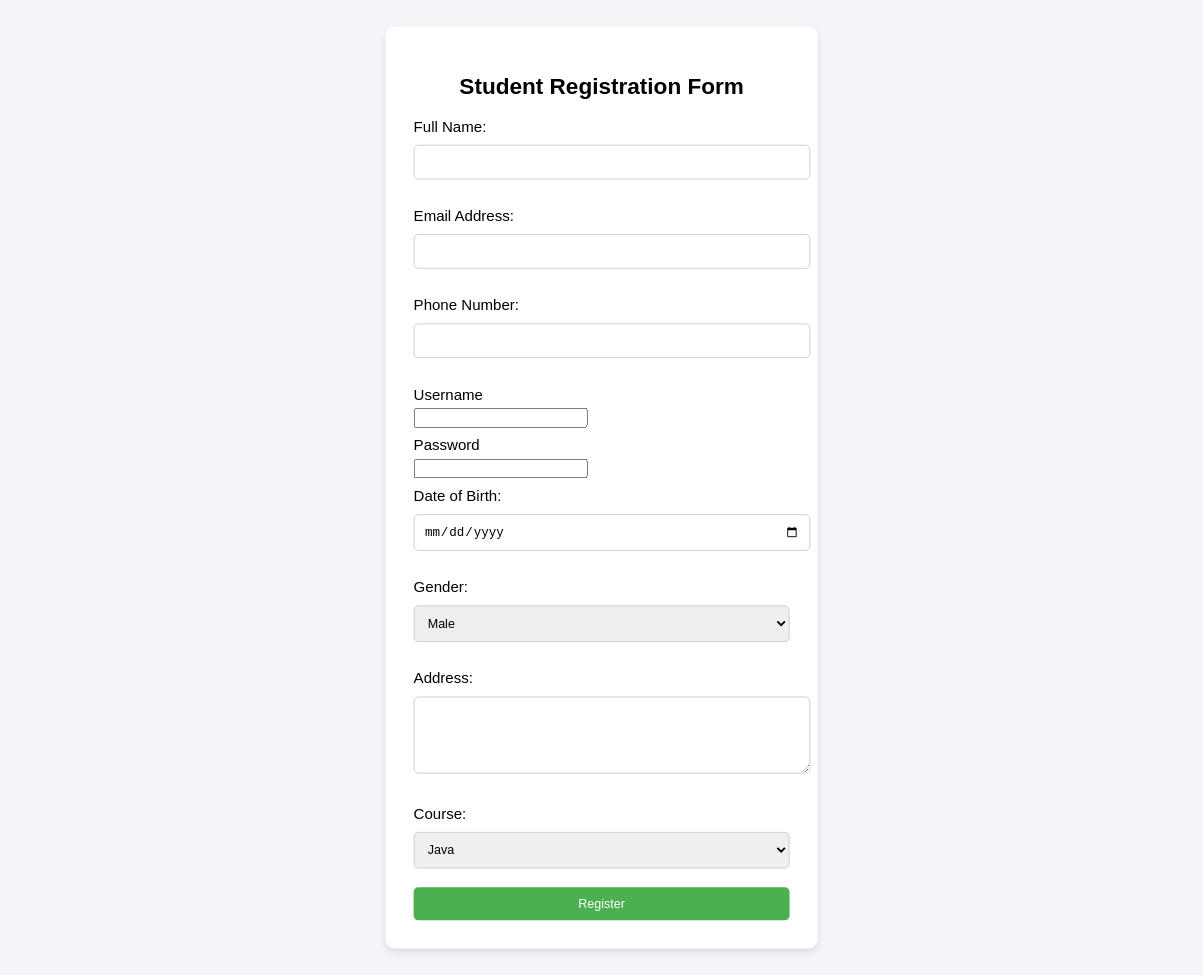
Repository: snehal-shinde151/my_repo
Page: classpro/src/main/webapp/Registration.html
The author's editor kept a copy of each file at every save. The page is drawn from the files as they stood at one save, then again after the next save.
The browser window is 1280 px wide. The pictures show the whole page, at 94% of full size.

Above is the page before, as saved 2025-03-04 11:06:22.

### classpro/src/main/webapp/Registration.html
<!DOCTYPE html>
<html>
<head>
<meta charset="UTF-8">
<title>Insert title here</title>
</head>

<head>

    <meta name="viewport" content="width=device-width, initial-scale=1.0">
    <title>Student Registration Form</title>
    <style>
        body {
            font-family: Arial, sans-serif;
            background-color: #f4f4f9;
            padding: 20px;
        }
        .form-container {
            background-color: white;
            padding: 30px;
            border-radius: 10px;
            box-shadow: 0 4px 8px rgba(0, 0, 0, 0.1);
            width: 400px;
            margin: 0 auto;
        }
        h2 {
            text-align: center;
        }
        label {
            display: block;
            margin: 10px 0 5px;
        }
        input[type="text"],
        input[type="email"],
        input[type="number"],
        input[type="date"],
        select,
        textarea {
            width: 100%;
            padding: 10px;
            margin: 5px 0 20px;
            border: 1px solid #ccc;
            border-radius: 5px;
        }
        .submit-btn {
            background-color: #4CAF50;
            color: white;
            padding: 10px 20px;
            border: none;
            border-radius: 5px;
            cursor: pointer;
            width: 100%;
        }
        .submit-btn:hover {
            background-color: #45a049;
        }
    </style>
</head>
<body>
    <div class="form-container">
        <h2>Student Registration Form</h2>
        <form action="/classpro/submit.html" method="POST">
            <label for="name">Full Name:</label>
            <input type="text" id="name" name="name" required>

            <label for="email">Email Address:</label>
            <input type="email" id="email" name="email" required>

            <label for="phone">Phone Number:</label>
            <input type="number" id="phone" name="phone" required>

            <label for="username">Username</label>
            <input type="username" id="username" name="username" required>

            <label for="password">Password</label>
            <input type="password" id="password" name="password" required>

            <label for="dob">Date of Birth:</label>
            <input type="date" id="dob" name="dob" required>

            <label for="gender">Gender:</label>
            <select id="gender" name="gender" required>
                <option value="male">Male</option>
                <option value="female">Female</option>
                <option value="other">Other</option>
            </select>

            <label for="address">Address:</label>
            <textarea id="address" name="address" rows="4" required></textarea>

            <label for="course">Course:</label>
            <select id="course" name="Course" required>
                <option value="Java">Java</option>
                <option value="Python">Python</option>
                <option value="azure">Azure</option>
                <option value=". net">.Net</option>
                  <option value="aws">AWS</option>

            </select>

            <button type="submit" class="submit-btn">Register</button>
        </form>
    </div>
</body>



</html>

After the next save:
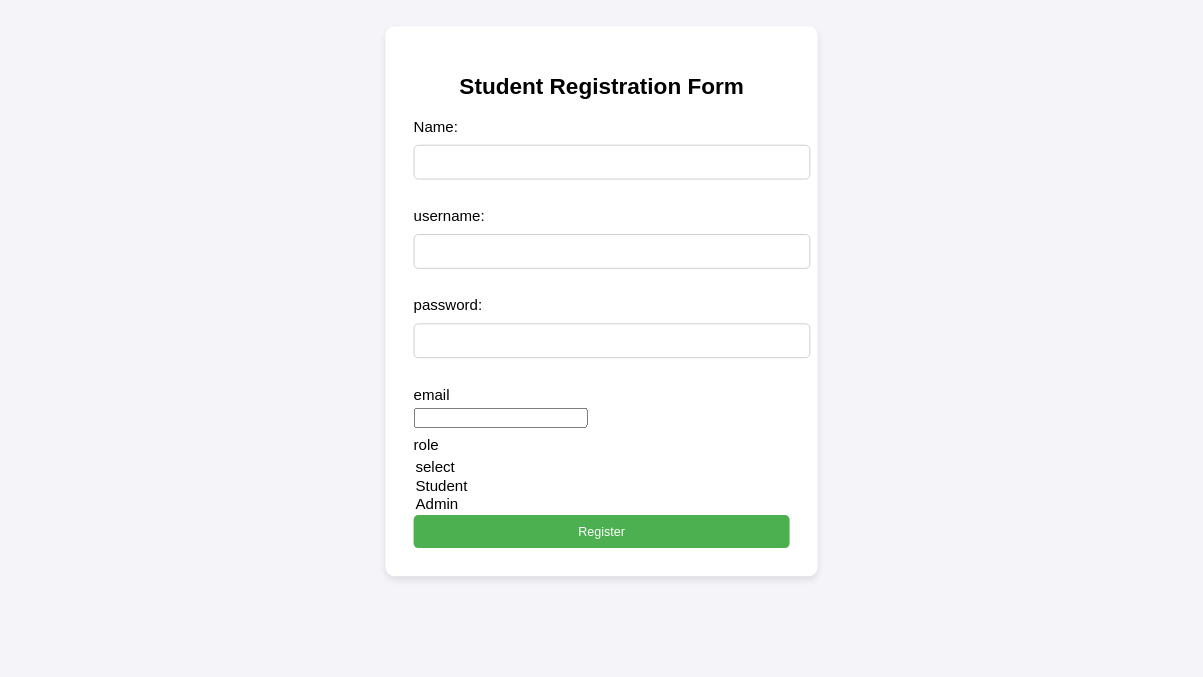
Saved 6 min 25 s later.
--- a/classpro/src/main/webapp/Registration.html
+++ b/classpro/src/main/webapp/Registration.html
@@ -60,41 +60,25 @@
     <div class="form-container">
         <h2>Student Registration Form</h2>
         <form action="/classpro/submit.html" method="POST">
-            <label for="name">Full Name:</label>
+            <label for="name"> Name:</label>
             <input type="text" id="name" name="name" required>
 
-            <label for="email">Email Address:</label>
+            <label for="email">username:</label>
             <input type="email" id="email" name="email" required>
 
-            <label for="phone">Phone Number:</label>
+            <label for="phone">password:</label>
             <input type="number" id="phone" name="phone" required>
 
-            <label for="username">Username</label>
+            <label for="username">email</label>
             <input type="username" id="username" name="username" required>
 
-            <label for="password">Password</label>
-            <input type="password" id="password" name="password" required>
+            <label for="password">role</label>
+           <option value="select">select</option>
+			<option value="STUDENT">Student</option>
+			<option value="ADMIN">Admin</option>
 
-            <label for="dob">Date of Birth:</label>
-            <input type="date" id="dob" name="dob" required>
 
-            <label for="gender">Gender:</label>
-            <select id="gender" name="gender" required>
-                <option value="male">Male</option>
-                <option value="female">Female</option>
-                <option value="other">Other</option>
-            </select>
 
-            <label for="address">Address:</label>
-            <textarea id="address" name="address" rows="4" required></textarea>
-
-            <label for="course">Course:</label>
-            <select id="course" name="Course" required>
-                <option value="Java">Java</option>
-                <option value="Python">Python</option>
-                <option value="azure">Azure</option>
-                <option value=". net">.Net</option>
-                  <option value="aws">AWS</option>
 
             </select>
 
